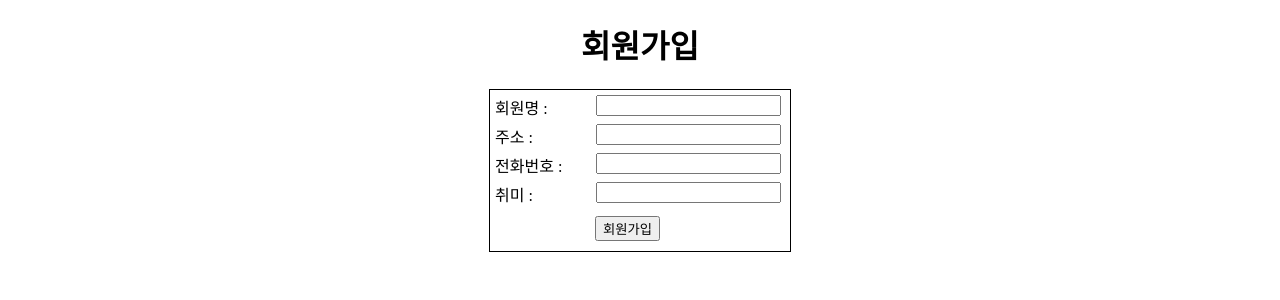
Repository: Gun-stack/jsp
Page: jsp_workspace/hello/src/main/webapp/memReg.html
These files come from the project's save history. The page is drawn as it stood at one moment and after the next save; the edit follows.
The browser window is 1280 px wide. The pictures show the whole page.

Above is the page before, as saved 2023-09-19 05:58:43.

After the next save:
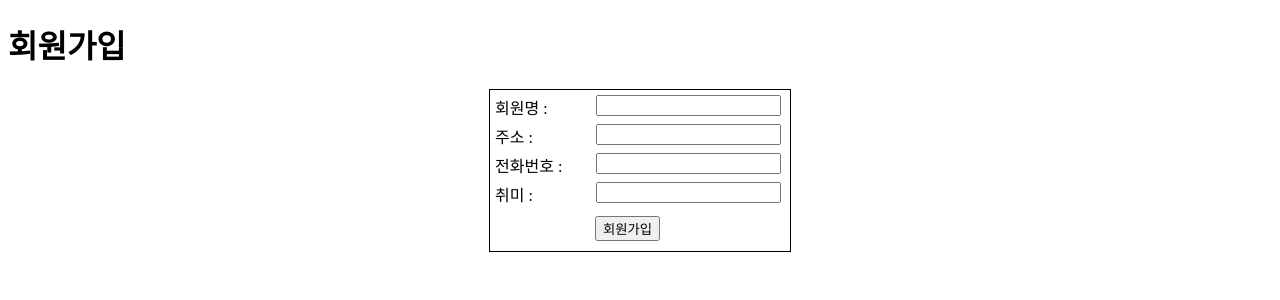
Saved 11 s later.
--- a/jsp_workspace/hello/src/main/webapp/memReg.html
+++ b/jsp_workspace/hello/src/main/webapp/memReg.html
@@ -43,7 +43,7 @@
 
 <form action="memReg" method="post">
 
-    <div class="top"><h1>회원가입</h1></div>
+    <h1>회원가입</h1>
     <div class="container">
     <div class="middle">
         <div id="left">회원명 : </div>

After the 4 saves that followed:
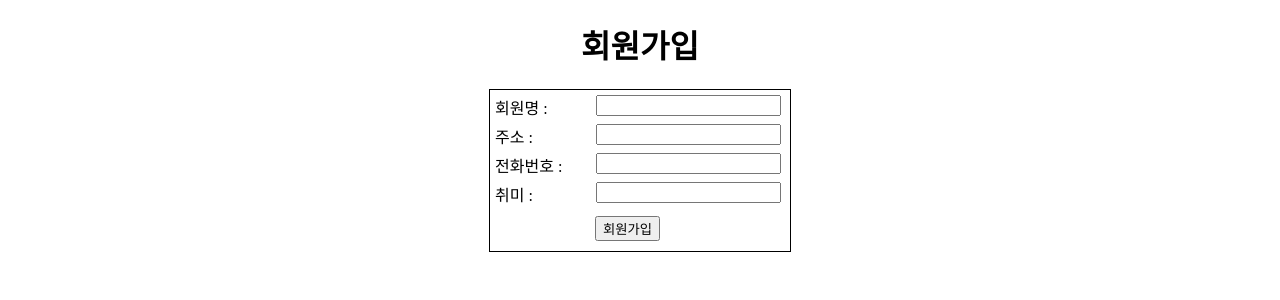
The 4 saves are shown as one change because 3 left the picture as it was.
The last was saved 4 min 19 s later.
--- a/jsp_workspace/hello/src/main/webapp/memReg.html
+++ b/jsp_workspace/hello/src/main/webapp/memReg.html
@@ -42,26 +42,27 @@
 <body>
 
 <form action="memReg" method="post">
-
-    <h1>회원가입</h1>
+     <div class="top">
+     <h1>회원가입</h1></div>
     <div class="container">
-    <div class="middle">
-        <div id="left">회원명 : </div>
-        <div id="right"> <input type="text" name="name"></div>
+	    <div class="middle">
+	        <div id="left">회원명 : </div>
+	        <div id="right"> <input type="text" name="name"></div>
+	    </div>
+	    <div class="middle">
+	        <div id="left">주소 : </div>
+	        <div id="right"> <input type="text"name="adress"></div>
+	    </div>
+	    <div class="middle">
+	        <div id="left">전화번호 : </div>
+	        <div id="right"> <input type="text" name="tel"></div>
+	    </div>
+	    <div class="middle">
+	        <div id="left">취미 : </div>
+	        <div id="right"> <input type="text" name="hobby"></div>
+	    </div>
+    	<div class="bot"><input type="submit" value="회원가입"></div>
     </div>
-    <div class="middle">
-        <div id="left">주소 : </div>
-        <div id="right"> <input type="text"></div>
-    </div>
-    <div class="middle">
-        <div id="left">전화번호 : </div>
-        <div id="right"> <input type="text"></div>
-    </div>
-    <div class="middle">
-        <div id="left">취미 : </div>
-        <div id="right"> <input type="text"></div>
-    </div>
-    <div class="bot"><input type="submit" value="회원가입"></div>
 </form>
 </body>
 </html>
